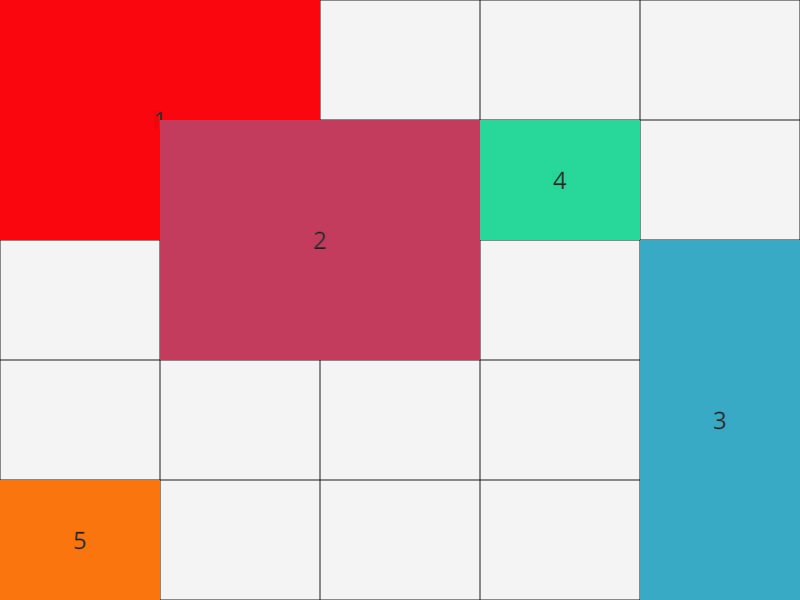
Repository: AlanVidalll/Curso-Java-Completo
Program's window: java exercicios-javafx/src/layout/AppLayout.java
These files come from the project's save history. The program's window is drawn as it stood at one moment and after the next save; the edit follows.
It runs on Java 21 on a 1366 x 768 screen with JavaFX 11; the title bar is not drawn.

Above is the program's window before, as saved 2020-04-11 13:57:52.

### exercicios-javafx/src/layout/AppLayout.java
package layout;

import javafx.application.Application;
import javafx.scene.Parent;
import javafx.scene.Scene;
import javafx.stage.Stage;

public class AppLayout extends Application {

	@Override
	public void start(Stage primaryStage) throws Exception {
		Parent raiz = null;

		raiz = new TesteAnchorPane();
		raiz = new TesteBorderPane();
		raiz = new TesteFlowPane();
		raiz = new TesteGridPane();

		//Scene principal = new Scene(new TesteAnchorPane(),800,600);
		Scene principal = new Scene(raiz,800,600);

		primaryStage.setScene(principal);
		primaryStage.setTitle("Gerenciadores de Layout");
		primaryStage.show();
	}

	public static void main(String[] args) {
		launch(args);
	}

}

### exercicios-javafx/src/layout/TesteGridPane.java
package layout;

import javafx.scene.layout.ColumnConstraints;
import javafx.scene.layout.GridPane;
import javafx.scene.layout.RowConstraints;

public class TesteGridPane extends GridPane {

	public TesteGridPane() {

		Caixa c1 = new Caixa().comTexto("1");
		Caixa c2 = new Caixa().comTexto("2");
		Caixa c3 = new Caixa().comTexto("3");
		Caixa c4 = new Caixa().comTexto("4");
		Caixa c5 = new Caixa().comTexto("5");
		Caixa c6 = new Caixa().comTexto("6");

		setGridLinesVisible(true);

		getColumnConstraints().addAll(cc(), cc(), cc(), cc(), cc());
		getRowConstraints().addAll(rc(), rc(), rc(), rc(), rc());

		add(c1, 0, 0, 2, 2);
		add(c2, 1, 1, 2, 2);
		add(c3, 4, 2, 1, 3);
		add(c4, 3, 1);
		add(c5, 0,4);
	}

	private ColumnConstraints cc() {

		ColumnConstraints cc = new ColumnConstraints();
		cc.setPercentWidth(20);
		cc.setFillWidth(true);
		return cc;

	}

	private RowConstraints rc() {
		RowConstraints rc = new RowConstraints();
		rc.setPercentHeight(20);
		rc.setFillHeight(true);
		return rc;

	}
}

### exercicios-javafx/src/layout/TesteAnchorPane.java
package layout;

import javafx.geometry.Pos;
import javafx.scene.layout.AnchorPane;
import javafx.scene.layout.HBox;

public class TesteAnchorPane extends AnchorPane {

	public TesteAnchorPane() {

		Quadrado q1 = new Quadrado();
		setTopAnchor(q1, 10.0);
		setLeftAnchor(q1, 10.0);

		Quadrado q2 = new Quadrado();
		setTopAnchor(q2, 10.0);
		setRightAnchor(q2, 10.0);

		Quadrado q3 = new Quadrado();
		setBottomAnchor(q3, 10.0);
		setLeftAnchor(q3, 10.0);

		Quadrado q4 = new Quadrado();
		setBottomAnchor(q4, 10.0);
		setRightAnchor(q4, 10.0);


		HBox centro = new HBox();
		centro.setAlignment(Pos.CENTER);
		setTopAnchor(centro, 110.0);
		setBottomAnchor(centro, 110.0);
		setLeftAnchor(centro, 110.0);
		setRightAnchor(centro, 110.0);

		Quadrado q5 = new Quadrado();
		centro.getChildren().add(q5);

		getChildren().addAll(q1,q2,q3,q4,centro);
	}


}

### exercicios-javafx/src/layout/Quadrado.java
package layout;

import javafx.scene.paint.Color;
import javafx.scene.shape.Rectangle;

public class Quadrado extends Rectangle {

	private static int i = 0;

	private String[] cores = {
			"c33c5e", "39aac6",
			"28d79a", "fb750e",
			"6657a8", "f9060e"

	};

	public Quadrado() {
		this(100, 100);
	}

	public Quadrado(int largura, int altura) {

		setWidth(largura);
		setHeight(altura);

		setFill(Color.web(cores[i]));
		;
		i++;
		if (i == 6)
			i = 0;
	}

}

### exercicios-javafx/src/layout/TesteBorderPane.java
package layout;

import javafx.scene.layout.BorderPane;

public class TesteBorderPane extends BorderPane {

	public TesteBorderPane () {


		Caixa c1 = new Caixa().comTexto("Topo");
		setTop(c1);
		Caixa c2 = new Caixa().comTexto("Esquerda");
		setLeft(c2);
		Caixa c3 = new Caixa().comTexto("Direita");
		setRight(c3);
		Caixa c4 = new Caixa().comTexto("Fundo");
		setBottom(c4);
		Caixa c5 = new Caixa().comTexto("Centro");
		setCenter(c5);
	}
}

### exercicios-javafx/src/layout/Caixa.java
package layout;

import javafx.geometry.Insets;
import javafx.geometry.Pos;
import javafx.scene.control.Label;
import javafx.scene.layout.Background;
import javafx.scene.layout.BackgroundFill;
import javafx.scene.layout.CornerRadii;
import javafx.scene.layout.HBox;
import javafx.scene.paint.Color;
import javafx.scene.text.Font;

public class Caixa extends HBox {

	private static int i = 0;

	private String[] cores = { "c33c5e", "39aac6", "28d79a", "fb750e", "6657a8", "f9060e"

	};

	public Caixa() {
		this(100, 100);
	}

	public Caixa(int largura, int altura) {
		setAlignment(Pos.CENTER);
		setMinWidth(largura);
		setMinHeight(altura);

		BackgroundFill fill =
				new BackgroundFill(Color.web(cores[i]),
						CornerRadii.EMPTY, Insets.EMPTY);
		setBackground(new Background(fill));
		i++;
		if(i == 6) i= 0;
	}

	public Caixa comTexto(String texto) {
		Label label = new Label(texto);
		label.setFont(new Font(24));
		getChildren().add(label);
		return this;
	}

}

### exercicios-javafx/src/layout/TesteFlowPane.java
package layout;

import javafx.geometry.Insets;
import javafx.geometry.Orientation;
import javafx.geometry.Pos;
import javafx.scene.layout.FlowPane;

public class TesteFlowPane extends FlowPane {


	public TesteFlowPane() {

		Quadrado q1 = new Quadrado();
		Quadrado q2 = new Quadrado();
		Quadrado q3 = new Quadrado();
		Quadrado q4 = new Quadrado();
		Quadrado q5 = new Quadrado();

		setHgap(10.0);
		setVgap(10.0);
		setPadding(new Insets(10));

		setOrientation(Orientation.VERTICAL);
		setAlignment(Pos.CENTER_RIGHT);

		getChildren().addAll(q1,q2,q3,q4,q5);



	}

}

After the next save:
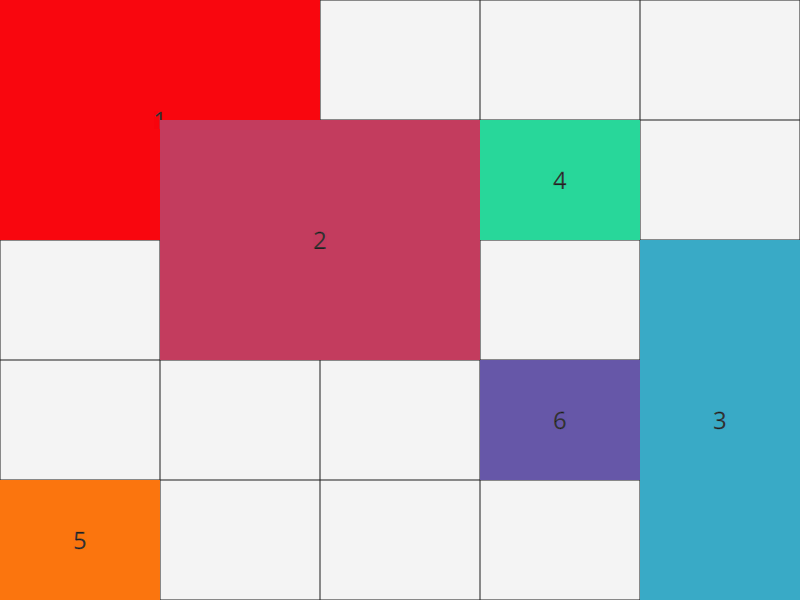
Saved 50 s later.
--- a/exercicios-javafx/src/layout/TesteGridPane.java
+++ b/exercicios-javafx/src/layout/TesteGridPane.java
@@ -25,6 +25,7 @@
 		add(c3, 4, 2, 1, 3);
 		add(c4, 3, 1);
 		add(c5, 0,4);
+		add(c6,3,3);
 	}
 
 	private ColumnConstraints cc() {
